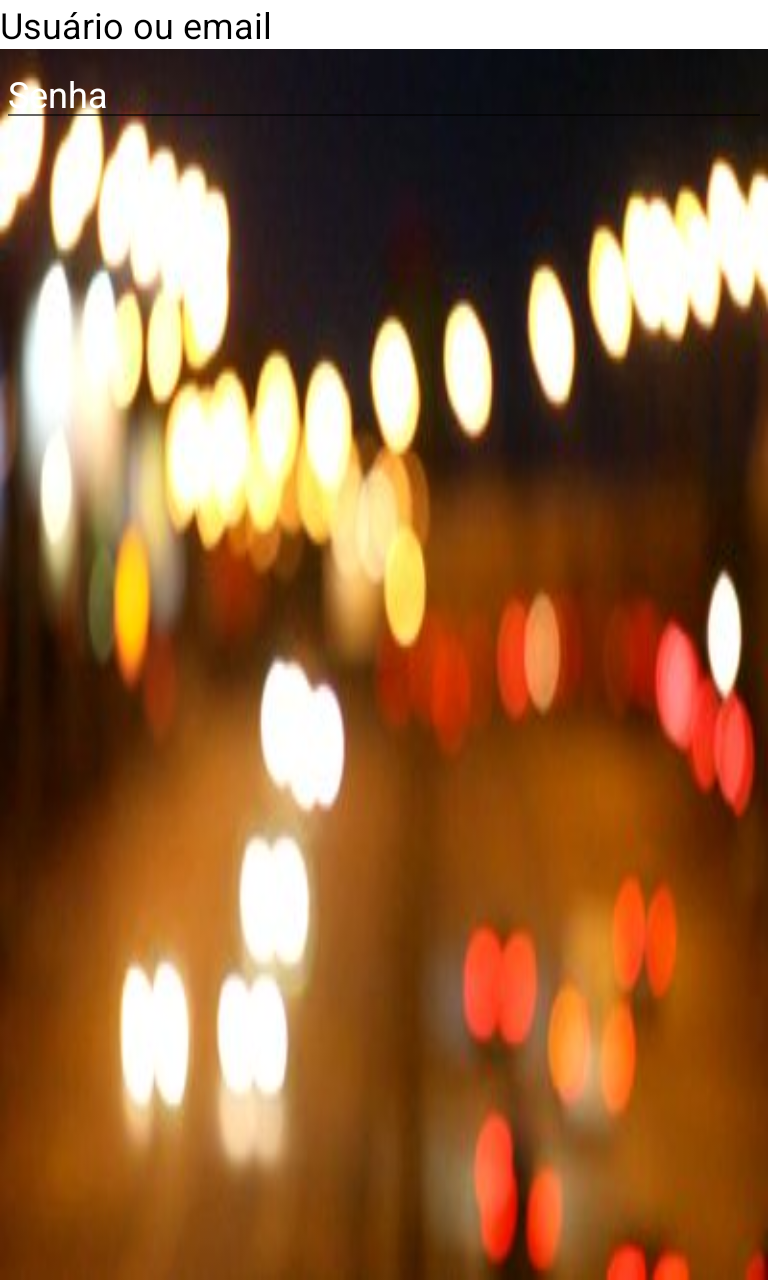
Repository: wellingtondessuy/AppLearning
Layout: HappyApp/res/layout/activity_login.xml
An editor plug-in stored every save of this project. The layout is shown before and after the next save, followed by the edit.
It is drawn on a 768 x 1280 px phone screen (xhdpi) without system bars, with theme AppTheme; the app's code is not run.

Above is the layout before, as saved 2015-05-22 19:09:44.

After the next save:
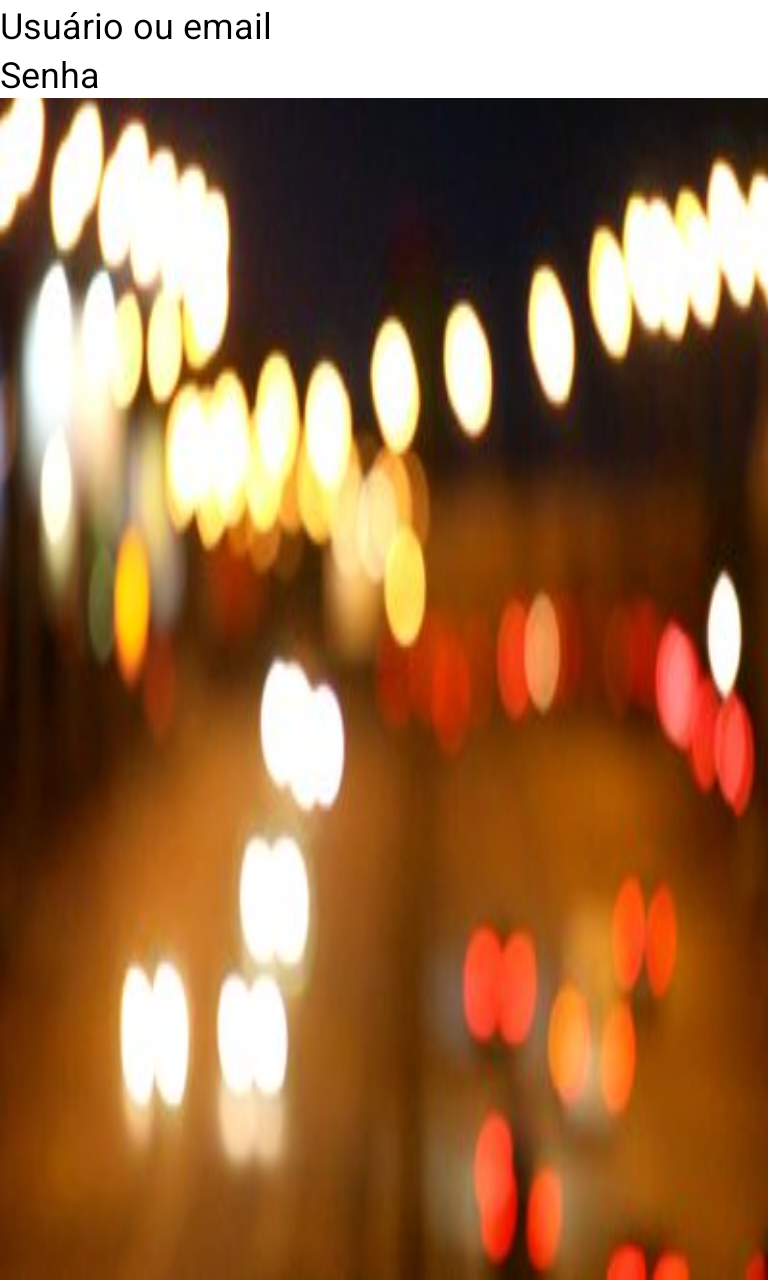
Saved 30 s later.
--- a/HappyApp/res/layout/activity_login.xml
+++ b/HappyApp/res/layout/activity_login.xml
@@ -18,10 +18,11 @@
     <EditText
         android:id="@+id/login_password"
         android:hint="@string/password"
-        android:textColorHint="#FFFFFF"
+        android:textColorHint="#000000"
         android:inputType="textPassword"
         android:layout_width="match_parent"
         android:layout_height="wrap_content"
+        android:background="#FFFFFF"
         />
 
 </LinearLayout>
